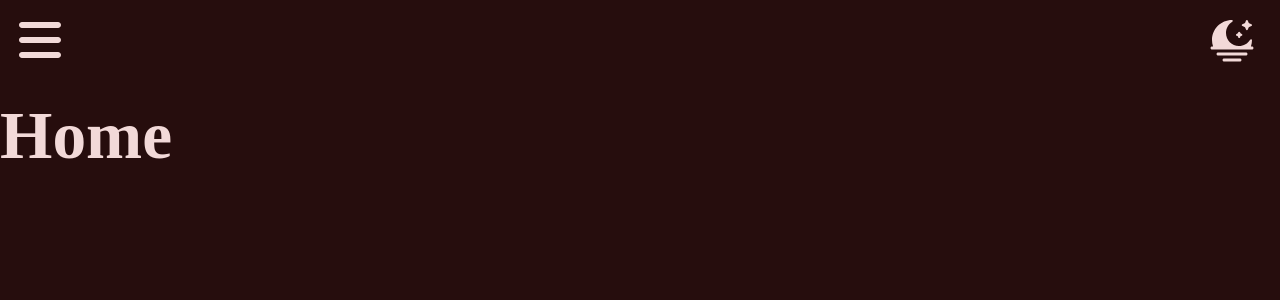
Repository: SCU-SeniorDesign-2025/senior-design-app
Page: /home
These files come from the project's save history. The page is drawn as it stood at one moment and after the next save; the edit follows.
The browser window is 1280 px wide. The pictures show the whole page.
Some web fonts or font styles are not loaded; a fallback is used. The project was rebuilt for these pictures with package versions that can differ from the ones it lists, and the page was loaded fresh each time. Also part of the build but not shown: vite.config.ts, src/Login.tsx.

Above is the page before, as saved 2024-12-27 01:17:50.

After the next save:
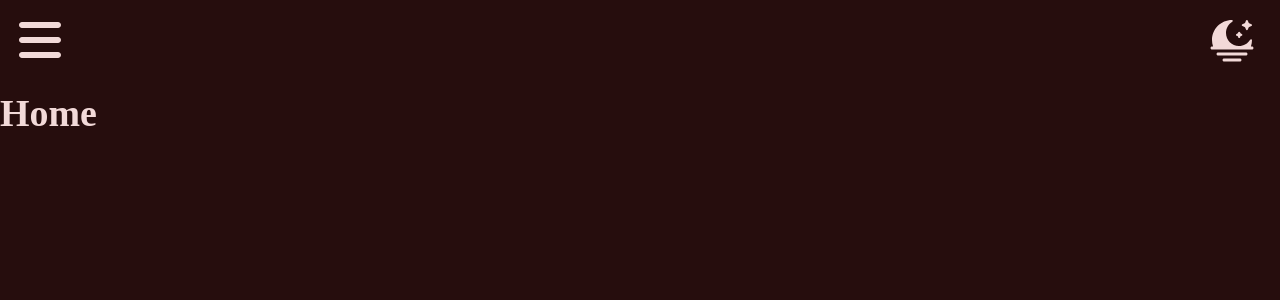
Saved 13 s later.
--- a/src/Home.tsx
+++ b/src/Home.tsx
@@ -10,7 +10,7 @@
   return (
     <div>
       <FontAwesomeIcon icon={faBars} style={{height: '3rem', width: '3rem', margin: '1rem'}}/>
-      <h1> Home </h1>
+      <h3> Home </h3>
     </div>
   )
 }
